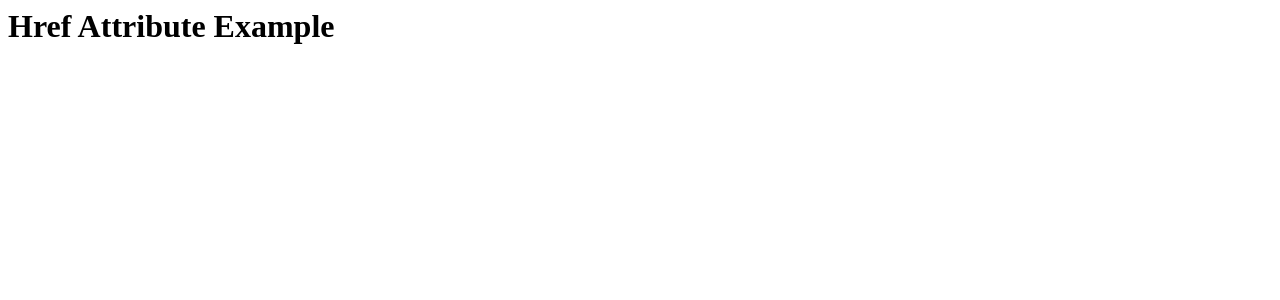
Repository: guilpassos/Ola-Mundo
Page: site-exemplo/index.html
The author's editor kept a copy of each file at every save. The page is drawn from the files as they stood at one save, then again after a run of saves.
The browser window is 1280 px wide. The pictures show the whole page.

Above is the page before, as saved 2022-07-11 11:07:16.

### site-exemplo/index.html
<html>
  <head>
    <title>Href Attribute Example</title>
  </head>
  <body>
    <h1>Href Attribute Example</h1>
    <p>
      <a href="">
    </p>
  </body>
</html>

After the next 2 saves:
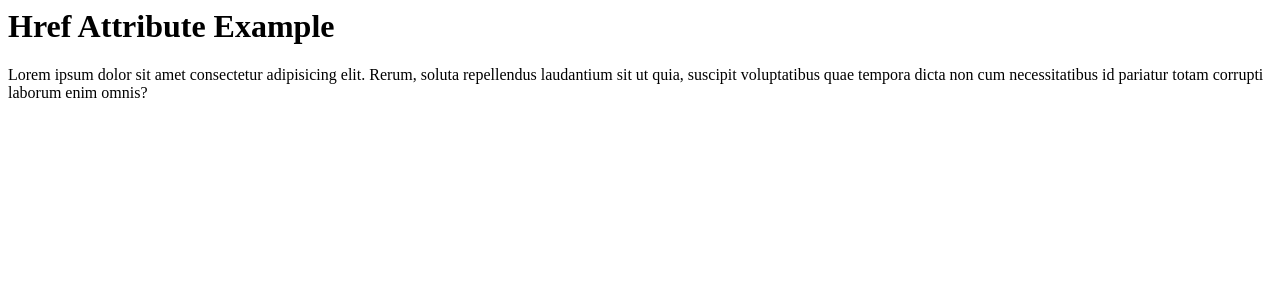
The 2 saves are shown as one change because they came seconds apart.
The last was saved 12 s later.
--- a/site-exemplo/index.html
+++ b/site-exemplo/index.html
@@ -5,7 +5,7 @@
   <body>
     <h1>Href Attribute Example</h1>
     <p>
-      <a href="">
+      Lorem ipsum dolor sit amet consectetur adipisicing elit. Rerum, soluta repellendus laudantium sit ut quia, suscipit voluptatibus quae tempora dicta non cum necessitatibus id pariatur totam corrupti laborum enim omnis?
     </p>
   </body>
 </html>
